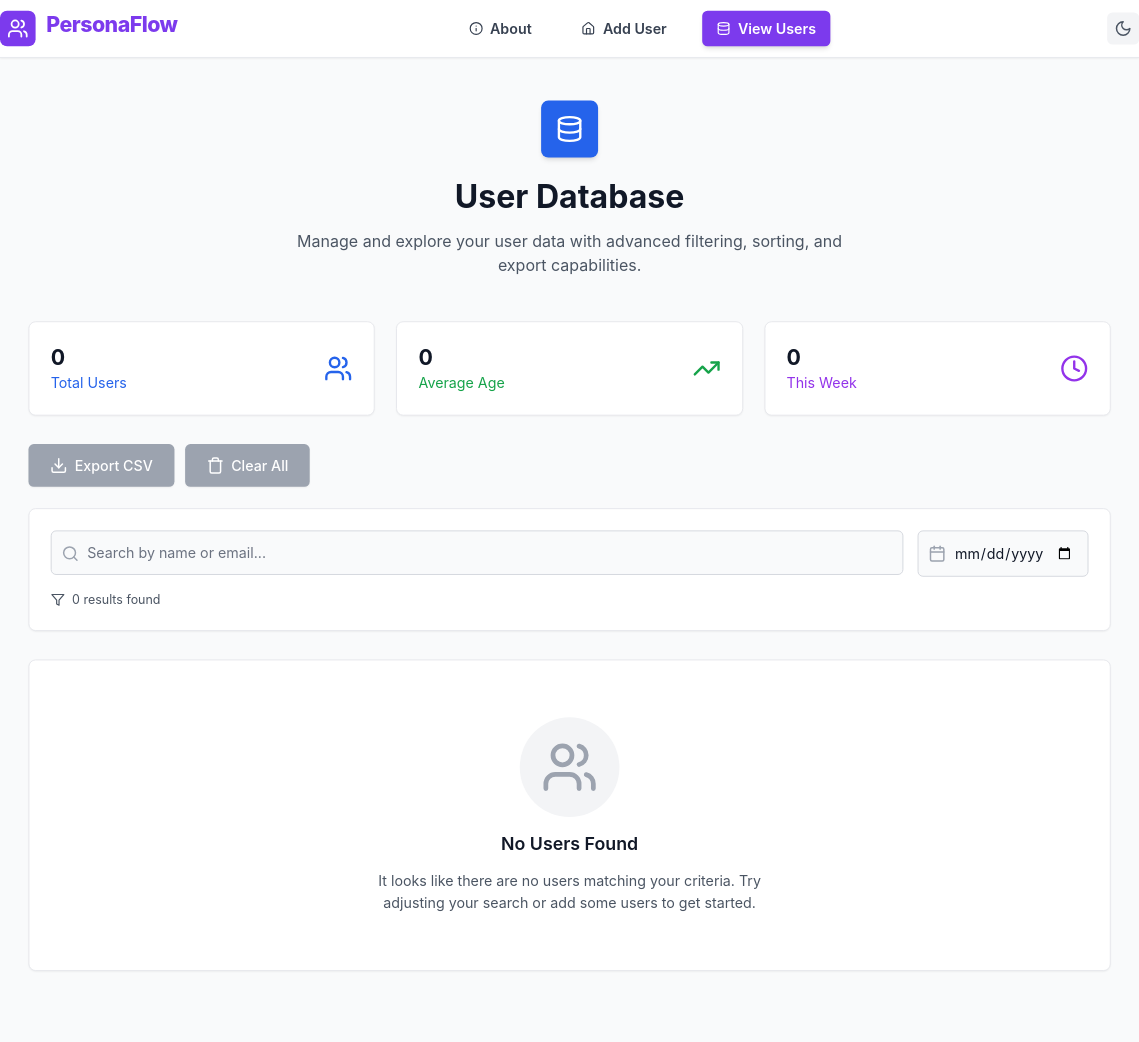
Repository: nikunjagarwal05/PersonaFlow
Page: /view
The author's editor kept a copy of each file at every save. The page is drawn from the files as they stood at one save, then again after the next save.
The browser window is 1280 px wide. The pictures show the whole page, at 89% of full size.
The project was rebuilt for these pictures with package versions that can differ from the ones it lists, and the page was loaded fresh each time. Also part of the build but not shown: vite.config.ts, src/components/Toast.jsx, src/components/UserForm.jsx, src/pages/Home.jsx, src/components/Pagination.jsx, src/pages/About.jsx.

Above is the page before, as saved 2025-06-10 18:24:41.

### index.html
<!doctype html>
<html lang="en">
  <head>
    <meta charset="UTF-8" />
    <link rel="icon" type="image/svg+xml" href="/vite.svg" />
    <meta name="viewport" content="width=device-width, initial-scale=1.0" />
    <meta name="description" content="PersonaFlow - A professional user management system with advanced data handling capabilities" />
    <meta name="keywords" content="user management, data management, professional design, React, JavaScript" />
    <meta name="author" content="PersonaFlow Team" />

    <!-- Open Graph / Facebook -->
    <meta property="og:type" content="website" />
    <meta property="og:title" content="PersonaFlow - Professional User Management" />
    <meta property="og:description" content="Manage users with our professional, clean interface" />

    <!-- Twitter -->
    <meta property="twitter:card" content="summary_large_image" />
    <meta property="twitter:title" content="PersonaFlow - Professional User Management" />
    <meta property="twitter:description" content="Manage users with our professional, clean interface" />

    <title>PersonaFlow - User Management System</title>
  </head>
  <body>
    <div id="root"></div>
    <script type="module" src="/src/main.jsx"></script>
  </body>
</html>

### src/App.jsx
import React, { useState, useEffect } from 'react';
import { BrowserRouter as Router, Routes, Route } from 'react-router-dom';

import { ToastProvider } from './components/ToastContainer';
import Navbar from './components/Navbar';
import Home from './pages/Home';
import ViewData from './pages/ViewData';
import About from './pages/About';

// App component manages global state, dark mode, and routing
function App() {
  const [darkMode, setDarkMode] = useState(() => {
    const saved = localStorage.getItem('darkMode');
    return saved ? JSON.parse(saved) : false;
  });

  useEffect(() => {
    localStorage.setItem('darkMode', JSON.stringify(darkMode));
    if (darkMode) {
      document.documentElement.classList.add('dark');
    } else {
      document.documentElement.classList.remove('dark');
    }
  }, [darkMode]);

  const toggleDarkMode = () => {
    setDarkMode(!darkMode);
  };

  return (
    <div className={`min-h-screen transition-colors duration-300 ${darkMode ? 'dark' : ''}`}>
      <ToastProvider>
        <Router>
          <Navbar darkMode={darkMode} toggleDarkMode={toggleDarkMode} />
          <Routes>
            <Route path="/" element={<About />} />
            <Route path="/add" element={<Home />} />
            <Route path="/view" element={<ViewData />} />
          </Routes>
        </Router>
      </ToastProvider>
    </div>
  );
}

export default App;

### src/index.css
@tailwind base;
@tailwind components;
@tailwind utilities;

@layer base {
  html {
    scroll-behavior: smooth;
  }

  body {
    font-family: -apple-system, BlinkMacSystemFont, 'Segoe UI', 'Roboto', 'Oxygen',
      'Ubuntu', 'Cantarell', 'Fira Sans', 'Droid Sans', 'Helvetica Neue',
      sans-serif;
    -webkit-font-smoothing: antialiased;
    -moz-osx-font-smoothing: grayscale;
    background-color: theme('colors.lightbg'); /* Deeper, softer white for light mode */
    color: theme('colors.gray.900');
  }
  .card {
    background-color: theme('colors.lightcard');
    border: 1px solid theme('colors.lightborder');
    border-radius: 0.75rem;
    box-shadow: 0 2px 8px 0 rgba(0,0,0,0.03);
  }
  .dark body {
    background-color: theme('colors.gray.900');
    color: theme('colors.gray.100');
  }
  .dark .card {
    background-color: theme('colors.gray.800');
    border: 1px solid theme('colors.gray.700');
  }
}

@layer utilities {
  .animate-slide-in {
    animation: slideIn 0.3s ease-out;
  }

  .animate-fade-in {
    animation: fadeIn 0.2s ease-out;
  }
}

@keyframes slideIn {
  from {
    opacity: 0;
    transform: translateX(100%);
  }
  to {
    opacity: 1;
    transform: translateX(0);
  }
}

@keyframes fadeIn {
  from {
    opacity: 0;
  }
  to {
    opacity: 1;
  }
}

/* Custom scrollbar */
::-webkit-scrollbar {
  width: 8px;
}

::-webkit-scrollbar-track {
  background: rgba(0, 0, 0, 0.1);
  border-radius: 10px;
}

::-webkit-scrollbar-thumb {
  background: #3b82f6;
  border-radius: 10px;
}

::-webkit-scrollbar-thumb:hover {
  background: #2563eb;
}

/* Focus styles */
input:focus, select:focus, textarea:focus {
  outline: none;
  box-shadow: 0 0 0 3px rgba(59, 130, 246, 0.3);
}

/* Selection styles */
::selection {
  background: rgba(59, 130, 246, 0.3);
  color: white;
}

/* Loading spinner */
.loading-spinner {
  border: 3px solid rgba(59, 130, 246, 0.3);
  border-radius: 50%;
  border-top: 3px solid #3b82f6;
  width: 24px;
  height: 24px;
  animation: spin 1s linear infinite;
}

@keyframes spin {
  0% { transform: rotate(0deg); }
  100% { transform: rotate(360deg); }
}

/* Button animations */
.btn-hover {
  transition: all 0.2s ease-in-out;
}

.btn-hover:hover {
  transform: translateY(-1px);
  box-shadow: 0 4px 12px rgba(0, 0, 0, 0.15);
}

/* Card hover effects */
.card-hover {
  transition: all 0.2s ease-in-out;
}

.card-hover:hover {
  transform: translateY(-2px);
  box-shadow: 0 8px 25px rgba(0, 0, 0, 0.1);
}

/* Mobile optimizations */
@media (max-width: 768px) {
  .animate-slide-in {
    animation: slideInMobile 0.3s ease-out;
  }
}

@keyframes slideInMobile {
  from {
    opacity: 0;
    transform: translateY(20px);
  }
  to {
    opacity: 1;
    transform: translateY(0);
  }
}

/* High contrast mode support */
@media (prefers-contrast: high) {
  .bg-gradient-to-r {
    background: solid;
  }
}

/* Reduced motion support */
@media (prefers-reduced-motion: reduce) {
  * {
    animation-duration: 0.01ms !important;
    animation-iteration-count: 1 !important;
    transition-duration: 0.01ms !important;
  }

  .animate-slide-in,
  .animate-fade-in {
    animation: none;
  }
}

/* Dark mode improvements */
.dark {
  color-scheme: dark;
}

/* Form improvements */
.form-input {
  transition: all 0.2s ease-in-out;
}

.form-input:focus {
  transform: translateY(-1px);
}

/* Table improvements */
.table-row {
  transition: all 0.2s ease-in-out;
}

.table-row:hover {
  transform: scale(1.01);
}

/* Accent color for buttons and links */
.btn-accent {
  background-color: theme('colors.accent.DEFAULT');
  color: #fff;
}
.btn-accent:hover {
  background-color: theme('colors.accent.dark');
}
.link-accent {
  color: theme('colors.accent.DEFAULT');
}
.link-accent:hover {
  color: theme('colors.accent.dark');
}

/* Use darkaccent for accent in dark mode */
.dark .btn-accent {
  background-color: theme('colors.darkaccent.DEFAULT');
  color: #fff;
}
.dark .btn-accent:hover {
  background-color: theme('colors.darkaccent.dark');
}
.dark .link-accent {
  color: theme('colors.darkaccent.DEFAULT');
}
.dark .link-accent:hover {
  color: theme('colors.darkaccent.dark');
}

### src/components/ToastContainer.jsx
import React, { createContext, useContext, useState, useCallback } from 'react';
import Toast from './Toast';

// ToastContainer provides context and renders toasts
const ToastContext = createContext(undefined);

export const useToast = () => {
  const context = useContext(ToastContext);
  if (!context) {
    throw new Error('useToast must be used within a ToastProvider');
  }
  return context;
};

export const ToastProvider = ({ children }) => {
  const [toasts, setToasts] = useState([]);

  const showToast = useCallback((toast) => {
    const id = crypto.randomUUID();
    const newToast = {
      ...toast,
      id,
      onClose: removeToast,
    };
    setToasts(prev => [...prev, newToast]);
  }, []);

  const removeToast = useCallback((id) => {
    setToasts(prev => prev.filter(toast => toast.id !== id));
  }, []);

  return (
    <ToastContext.Provider value={{ showToast }}>
      {children}
      <div className="fixed top-4 right-4 z-50 space-y-2 max-w-sm">
        {toasts.map(toast => (
          <Toast key={toast.id} {...toast} />
        ))}
      </div>
    </ToastContext.Provider>
  );
};

### src/components/Navbar.jsx
import React from 'react';
import { Link, useLocation } from 'react-router-dom';
import { Home, Database, Moon, Sun, Users, Info } from 'lucide-react';

// Navbar component provides navigation and dark mode toggle
const Navbar = ({ darkMode, toggleDarkMode }) => {
  const location = useLocation();

  return (
    <nav className="sticky top-0 z-40 bg-white dark:bg-gray-900 border-b border-gray-200 dark:border-gray-700 shadow-sm">
      <div className="max-w-7xl mx-auto">
        <div className="flex justify-between items-center h-16 w-full">

          {/* App Name at far left */}
          <div className="flex items-centermin-w-[220px]">

            <div className="p-2 bg-accent dark:bg-darkaccent rounded-lg">
              <Users className="w-6 h-6 text-white" />
            </div>

            <h1 className="ml-3 text-2xl font-extrabold text-accent dark:text-darkaccent-light tracking-tight select-none">
              PersonaFlow
            </h1>
          </div>

          {/* Nav Links Centered */}
          <div className="flex-1 flex justify-center">
            <div className="flex items-baseline space-x-6">
              <div>

              </div>
              <Link
                to="/"
                className={`px-4 py-2 rounded-md font-semibold transition-all duration-200 flex items-center space-x-2 ${
                  location.pathname === '/'
                    ? 'bg-accent dark:bg-darkaccent text-white shadow-md'
                    : 'text-gray-700 dark:text-gray-300 hover:bg-gray-100 dark:hover:bg-gray-800'
                }`}
              >
                <Info className="w-4 h-4" />
                <span>About</span>
              </Link>
              <Link
                to="/add"
                className={`px-4 py-2 rounded-md font-semibold transition-all duration-200 flex items-center space-x-2 ${
                  location.pathname === '/add'
                    ? 'bg-accent dark:bg-darkaccent text-white shadow-md'
                    : 'text-gray-700 dark:text-gray-300 hover:bg-gray-100 dark:hover:bg-gray-800'
                }`}
              >
                <Home className="w-4 h-4" />
                <span>Add User</span>
              </Link>
              <Link
                to="/view"
                className={`px-4 py-2 rounded-md font-semibold transition-all duration-200 flex items-center space-x-2 ${
                  location.pathname === '/view'
                    ? 'bg-accent dark:bg-darkaccent text-white shadow-md'
                    : 'text-gray-700 dark:text-gray-300 hover:bg-gray-100 dark:hover:bg-gray-800'
                }`}
              >
                <Database className="w-4 h-4" />
                <span>View Users</span>
              </Link>
            </div>
          </div>

          {/* Theme Toggle at far right */}
          <div className="flex items-center justify-end min-w-[60px]">
            <button
              onClick={toggleDarkMode}
              className="p-2 rounded-md bg-gray-100 dark:bg-gray-800 hover:bg-gray-200 dark:hover:bg-gray-700 transition-all duration-200"
              aria-label="Toggle dark mode"
            >
              {darkMode ? (
                <Sun className="w-5 h-5 text-yellow-500" />
              ) : (
                <Moon className="w-5 h-5 text-gray-600" />
              )}
            </button>
          </div>
        </div>
      </div>

      {/* Mobile Navigation */}
      <div className="md:hidden border-t border-gray-200 dark:border-gray-700">
        <div className="px-2 pt-2 pb-3 space-y-1">
          <Link
            to="/"
            className={`block px-3 py-2 rounded-md text-base font-medium transition-all duration-200 flex items-center space-x-2 ${
              location.pathname === '/'
                ? 'bg-accent dark:bg-darkaccent text-white'
                : 'text-gray-700 dark:text-gray-300 hover:bg-gray-100 dark:hover:bg-gray-800'
            }`}
          >
            <Info className="w-4 h-4" />
            <span>About</span>
          </Link>
          <Link
            to="/add"
            className={`block px-3 py-2 rounded-md text-base font-medium transition-all duration-200 flex items-center space-x-2 ${
              location.pathname === '/add'
                ? 'bg-accent dark:bg-darkaccent text-white'
                : 'text-gray-700 dark:text-gray-300 hover:bg-gray-100 dark:hover:bg-gray-800'
            }`}
          >
            <Home className="w-4 h-4" />
            <span>Add User</span>
          </Link>
          <Link
            to="/view"
            className={`block px-3 py-2 rounded-md text-base font-medium transition-all duration-200 flex items-center space-x-2 ${
              location.pathname === '/view'
                ? 'bg-accent dark:bg-darkaccent text-white'
                : 'text-gray-700 dark:text-gray-300 hover:bg-gray-100 dark:hover:bg-gray-800'
            }`}
          >
            <Database className="w-4 h-4" />
            <span>View Users</span>
          </Link>
        </div>
      </div>
    </nav>
  );
};

export default Navbar;

### src/components/SearchBar.jsx
import React from 'react';
import { Search, X, Calendar, Filter } from 'lucide-react';

const SearchBar = ({
  searchQuery,
  onSearchChange,
  dateFilter,
  onDateFilterChange,
  onClearFilters,
  totalResults
}) => {
  return (
    <div className="bg-white dark:bg-gray-800 rounded-lg border border-gray-200 dark:border-gray-700 p-6 shadow-sm">
      <div className="flex flex-col lg:flex-row gap-4">
        {/* Search Input */}
        <div className="flex-1 relative">
          <div className="absolute inset-y-0 left-0 pl-3 flex items-center pointer-events-none">
            <Search className="h-5 w-5 text-gray-400" />
          </div>
          <input
            type="text"
            placeholder="Search by name or email..."
            value={searchQuery}
            onChange={(e) => onSearchChange(e.target.value)}
            className="w-full pl-10 pr-4 py-3 bg-gray-50 dark:bg-gray-700 border border-gray-300 dark:border-gray-600 rounded-md focus:outline-none focus:ring-2 focus:ring-blue-500 focus:border-transparent transition-all duration-200 text-gray-900 dark:text-white placeholder-gray-500 dark:placeholder-gray-400"
          />
        </div>

        {/* Date Filter */}
        <div className="relative">
          <div className="absolute inset-y-0 left-0 pl-3 flex items-center pointer-events-none">
            <Calendar className="h-5 w-5 text-gray-400" />
          </div>
          <input
            type="date"
            value={dateFilter}
            onChange={(e) => onDateFilterChange(e.target.value)}
            className="w-full lg:w-48 pl-10 pr-4 py-3 bg-gray-50 dark:bg-gray-700 border border-gray-300 dark:border-gray-600 rounded-md focus:outline-none focus:ring-2 focus:ring-blue-500 focus:border-transparent transition-all duration-200 text-gray-900 dark:text-white"
          />
        </div>

        {/* Clear Filters Button */}
        {(searchQuery || dateFilter) && (
          <button
            onClick={onClearFilters}
            className="flex items-center space-x-2 px-6 py-3 bg-red-600 hover:bg-red-700 text-white font-medium rounded-md transition-all duration-200 shadow-sm hover:shadow-md"
          >
            <X className="w-4 h-4" />
            <span className="hidden sm:inline">Clear</span>
          </button>
        )}
      </div>

      {/* Results Counter */}
      {totalResults !== undefined && (
        <div className="mt-4 flex items-center justify-between">
          <div className="flex items-center space-x-2 text-sm text-gray-600 dark:text-gray-400">
            <Filter className="w-4 h-4" />
            <span>
              {totalResults} {totalResults === 1 ? 'result' : 'results'} found
            </span>
          </div>
          {(searchQuery || dateFilter) && (
            <div className="text-sm text-gray-500 dark:text-gray-500">
              {searchQuery && (
                <span className="bg-blue-100 dark:bg-blue-900/30 text-blue-800 dark:text-blue-300 px-2 py-1 rounded-md mr-2">
                  "{searchQuery}"
                </span>
              )}
              {dateFilter && (
                <span className="bg-green-100 dark:bg-green-900/30 text-green-800 dark:text-green-300 px-2 py-1 rounded-md">
                  DOB: {new Date(dateFilter).toLocaleDateString()}
                </span>
              )}
            </div>
          )}
        </div>
      )}
    </div>
  );
};

export default SearchBar;

### src/components/Modal.jsx
import React from 'react';
import { Dialog, Transition } from '@headlessui/react';
import { X } from 'lucide-react';

// Modal component for dialogs and popups
const Modal = ({ isOpen, onClose, title, children, size = 'md' }) => {
  const sizeClasses = {
    sm: 'max-w-md',
    md: 'max-w-lg',
    lg: 'max-w-2xl',
    xl: 'max-w-4xl',
  };

  return (
    <Transition show={isOpen} as={React.Fragment}>
      <Dialog as="div" className="relative z-50" onClose={onClose}>
        <Transition.Child
          as={React.Fragment}
          enter="ease-out duration-300"
          enterFrom="opacity-0"
          enterTo="opacity-100"
          leave="ease-in duration-200"
          leaveFrom="opacity-100"
          leaveTo="opacity-0"
        >
          <div className="fixed inset-0 bg-black/50" />
        </Transition.Child>

        <div className="fixed inset-0 overflow-y-auto">
          <div className="flex min-h-full items-center justify-center p-4 text-center">
            <Transition.Child
              as={React.Fragment}
              enter="ease-out duration-300"
              enterFrom="opacity-0 scale-95"
              enterTo="opacity-100 scale-100"
              leave="ease-in duration-200"
              leaveFrom="opacity-100 scale-100"
              leaveTo="opacity-0 scale-95"
            >
              <Dialog.Panel className={`w-full ${sizeClasses[size]} transform overflow-hidden rounded-lg bg-white dark:bg-gray-800 border border-gray-200 dark:border-gray-700 p-6 text-left align-middle shadow-xl transition-all`}>
                <div className="flex items-center justify-between mb-6">
                  <Dialog.Title className="text-xl font-semibold text-gray-900 dark:text-white">
                    {title}
                  </Dialog.Title>
                  <button
                    onClick={onClose}
                    className="p-2 rounded-md bg-gray-100 dark:bg-gray-700 hover:bg-gray-200 dark:hover:bg-gray-600 transition-all duration-200"
                  >
                    <X className="w-5 h-5 text-gray-600 dark:text-gray-400" />
                  </button>
                </div>
                {children}
              </Dialog.Panel>
            </Transition.Child>
          </div>
        </div>
      </Dialog>
    </Transition>
  );
};

export default Modal;

Loaded but not shown: src/main.jsx (common file); src/utils/localStorage.js (119 lines, source omitted); tailwind.config.js (25 lines, source omitted); src/pages/ViewData.jsx (372 lines, source omitted); src/components/UserTable.jsx (164 lines, source omitted)

After the next save:
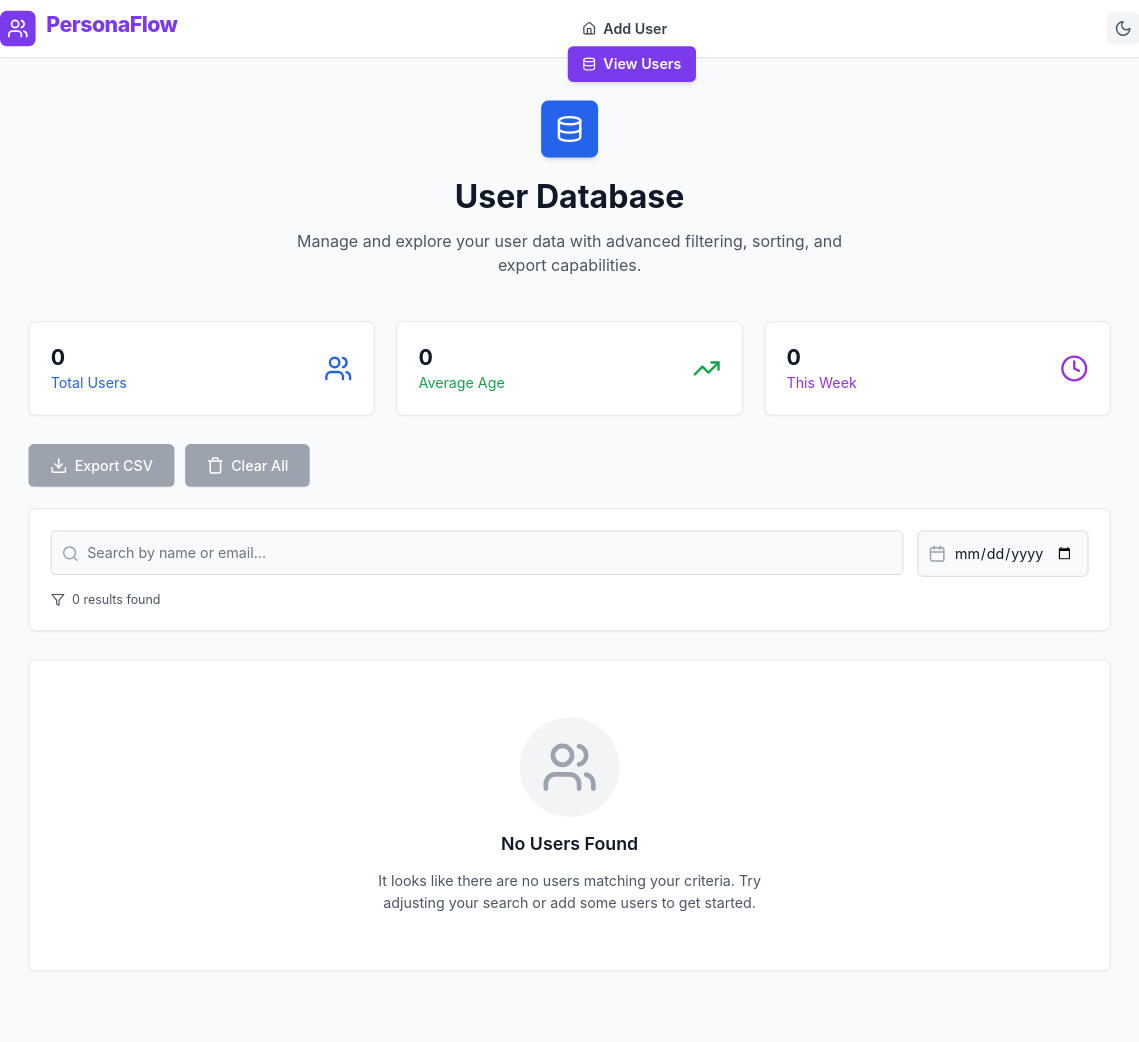
Saved 16 s later.
--- a/src/components/Navbar.jsx
+++ b/src/components/Navbar.jsx
@@ -27,41 +27,40 @@ const Navbar = ({ darkMode, toggleDarkMode }) => {
           <div className="flex-1 flex justify-center">
             <div className="flex items-baseline space-x-6">
               <div>
-
+                <Link
+                  to="/"
+                  className={`px-4 py-2 rounded-md font-semibold transition-all duration-200 flex items-center space-x-2 ${
+                    location.pathname === '/'
+                      ? 'bg-accent dark:bg-darkaccent text-white shadow-md'
+                      : 'text-gray-700 dark:text-gray-300 hover:bg-gray-100 dark:hover:bg-gray-800'
+                  }`}
+                >
+                  <Info className="w-4 h-4" />
+                  <span>About</span>
+                </Link>
+                <Link
+                  to="/add"
+                  className={`px-4 py-2 rounded-md font-semibold transition-all duration-200 flex items-center space-x-2 ${
+                    location.pathname === '/add'
+                      ? 'bg-accent dark:bg-darkaccent text-white shadow-md'
+                      : 'text-gray-700 dark:text-gray-300 hover:bg-gray-100 dark:hover:bg-gray-800'
+                  }`}
+                >
+                  <Home className="w-4 h-4" />
+                  <span>Add User</span>
+                </Link>
+                <Link
+                  to="/view"
+                  className={`px-4 py-2 rounded-md font-semibold transition-all duration-200 flex items-center space-x-2 ${
+                    location.pathname === '/view'
+                      ? 'bg-accent dark:bg-darkaccent text-white shadow-md'
+                      : 'text-gray-700 dark:text-gray-300 hover:bg-gray-100 dark:hover:bg-gray-800'
+                  }`}
+                >
+                  <Database className="w-4 h-4" />
+                  <span>View Users</span>
+                </Link>
               </div>
-              <Link
-                to="/"
-                className={`px-4 py-2 rounded-md font-semibold transition-all duration-200 flex items-center space-x-2 ${
-                  location.pathname === '/'
-                    ? 'bg-accent dark:bg-darkaccent text-white shadow-md'
-                    : 'text-gray-700 dark:text-gray-300 hover:bg-gray-100 dark:hover:bg-gray-800'
-                }`}
-              >
-                <Info className="w-4 h-4" />
-                <span>About</span>
-              </Link>
-              <Link
-                to="/add"
-                className={`px-4 py-2 rounded-md font-semibold transition-all duration-200 flex items-center space-x-2 ${
-                  location.pathname === '/add'
-                    ? 'bg-accent dark:bg-darkaccent text-white shadow-md'
-                    : 'text-gray-700 dark:text-gray-300 hover:bg-gray-100 dark:hover:bg-gray-800'
-                }`}
-              >
-                <Home className="w-4 h-4" />
-                <span>Add User</span>
-              </Link>
-              <Link
-                to="/view"
-                className={`px-4 py-2 rounded-md font-semibold transition-all duration-200 flex items-center space-x-2 ${
-                  location.pathname === '/view'
-                    ? 'bg-accent dark:bg-darkaccent text-white shadow-md'
-                    : 'text-gray-700 dark:text-gray-300 hover:bg-gray-100 dark:hover:bg-gray-800'
-                }`}
-              >
-                <Database className="w-4 h-4" />
-                <span>View Users</span>
-              </Link>
             </div>
           </div>
 
